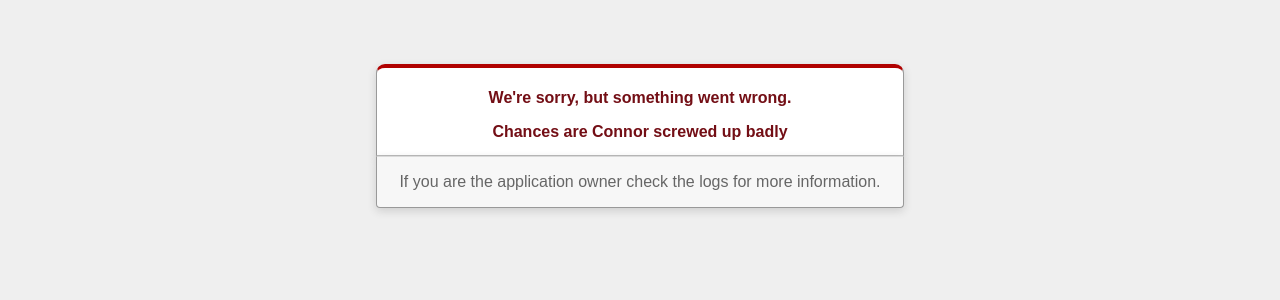
Repository: Conbonbot/Community_Service_Logger
Page: public/500.html
The author's editor kept a record of every edit. The page is drawn from the files as they stood at one moment, then again after the next edit.
The browser window is 1280 px wide. The pictures show the whole page.

Above is the page before.

After the next edit:
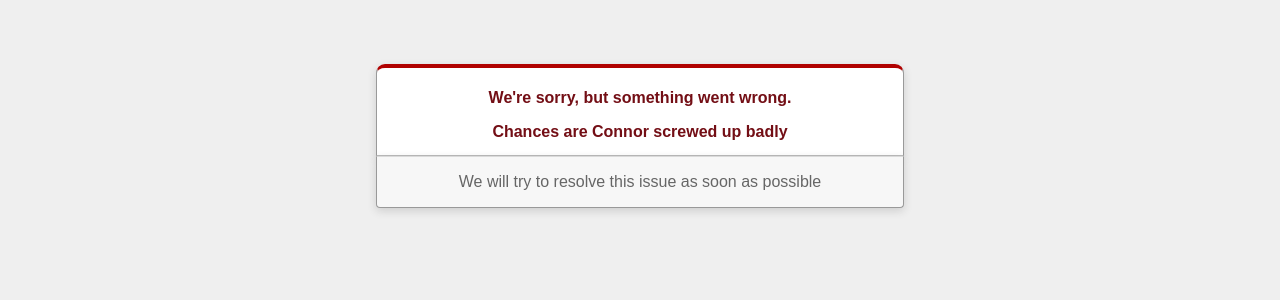
The edit:
--- a/public/500.html
+++ b/public/500.html
@@ -61,7 +61,7 @@
       <h1>We're sorry, but something went wrong.</h1>
       <h1>Chances are Connor screwed up badly</h1>
     </div>
-    <p>If you are the application owner check the logs for more information.</p>
+    <p>We will try to resolve this issue as soon as possible</p>
   </div>
 </body>
 </html>
